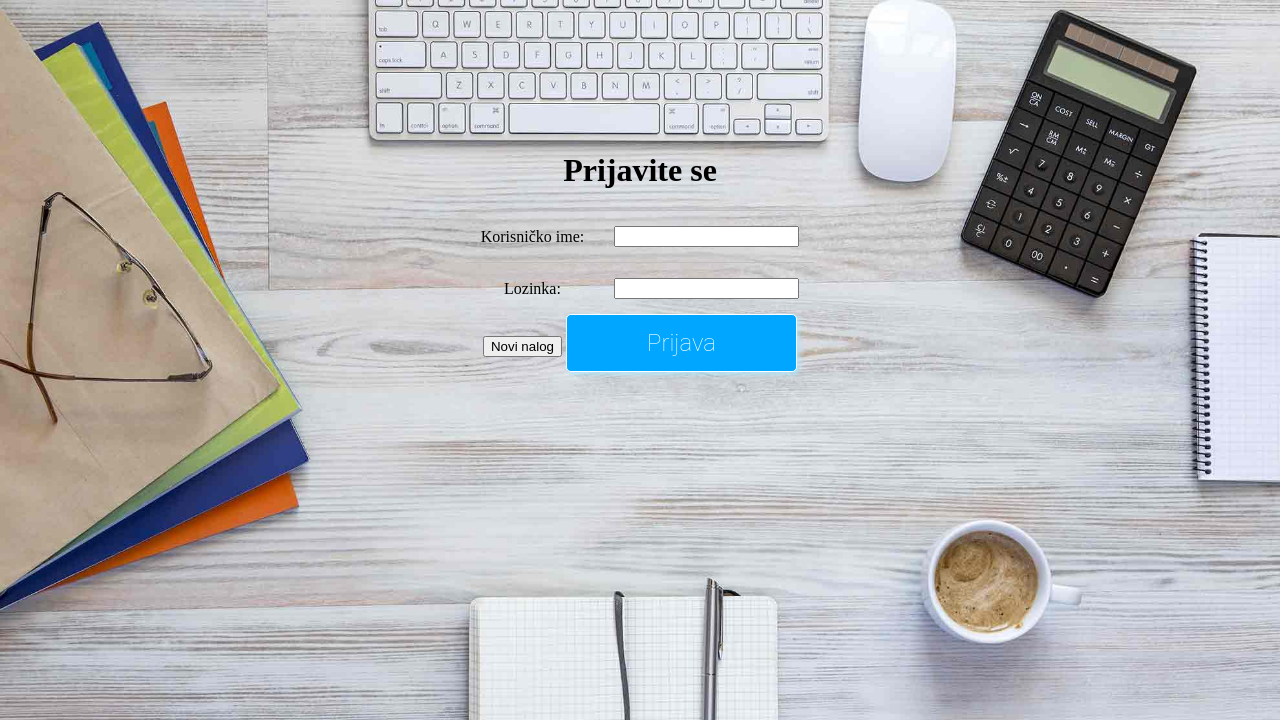
Repository: KristijanPetkovic/java-applet-video-library
Page: http://localhost/www.videoteka.com/
The author's editor kept a copy of each file at every save. The page is drawn from the files as they stood at one save, then again after the next save.
The browser window is 1280 px wide. The pictures show the whole page.
The page is served by Tomcat 9. Other server files are loaded and not shown.

Above is the page before, as saved 2019-01-09 21:15:12.

### Projekti/www.videoteka.com/WebContent/login.html
<!DOCTYPE html>
<html>
	<head>
		<meta http-equiv="content-type" content="text/html; charset=utf-8">
		<title>Prijavljivanje</title>
		<link rel="stylesheet" href="logovanje.css" >
	</head>
	<body>
		<h1 id="naslov">Prijavite se</h1>
		<form method="post">
			<table class="center" cellpadding="15px">
				<tr>
					<td>Korisničko ime: </td>
					<td> <input name="ime" type="text"> </td>
				</tr>
				<tr>
					<td>Lozinka: </td>
					<td> <input name="sifra" type="text"> </td>
				</tr>
			</table>
			<input name="otvaranje" type="submit" value="Novi nalog" formaction="noviKorisnik.html">
			<input class="color-change" name="prijava" type="submit" value="Prijava" formaction="LoginServlet" >

		</form>
	</body>
</html>

### Projekti/www.videoteka.com/WebContent/logovanje.css
#naslov{
    margin-top:12%;
    }
table.center {
    margin-left:auto;
    margin-right:auto;
    cellpadding:15px;
  }
body {
  background: url(poz.jpg);
  background-repeat:no-repeat;
  background-size:cover;
  text-align:center;
  }
#produzenje{
	font-family: Arial;
	font-weight: bold;
	font-size: 30px;
}
.iskosi{
	font-style: italic;
}
table{
	border-color: rgb(0,0,0);

	border-collapse: collapse;
}
.desno{
	text-align: right;
}
th{
	color: rgb(255, 255, 255);
	background: rgb(0, 0, 0);
	collspan: 2;
}
td{
	border-top: 1pt solid silver;
	padding: 10;
}
ttr:nth-child(odd){
	background: rgb(255, 255, 255);
}
tr:hover{
	background: rgb(96, 158, 255);
}
input:focus{
	background-color: rgb(255, 255, 179);
	border-color: rgb(186, 186, 186);
}
.color-change {
  border-radius: 5px;
  font-size: 20px;
  padding: 14px 80px;
  cursor: pointer;
  color: #fff;
  background-color: #00A6FF;
  font-size: 1.5rem;
  font-family: 'Roboto';
  font-weight: 100;
  border: 1px solid #fff;
  box-shadow: 2px 2px 5px #AFE9FF;
  transition-duration: 0.5s;
  -webkit-transition-duration: 0.5s;
  -moz-transition-duration: 0.5s;
}

.color-change:hover {
  color: #006398;
  border: 1px solid #006398;
  box-shadow: 2px 2px 20px #AFE9FF;
}

button.color-change {
  -webkit-appearance: none;
  -moz-appearance: none;
}

After the next save:
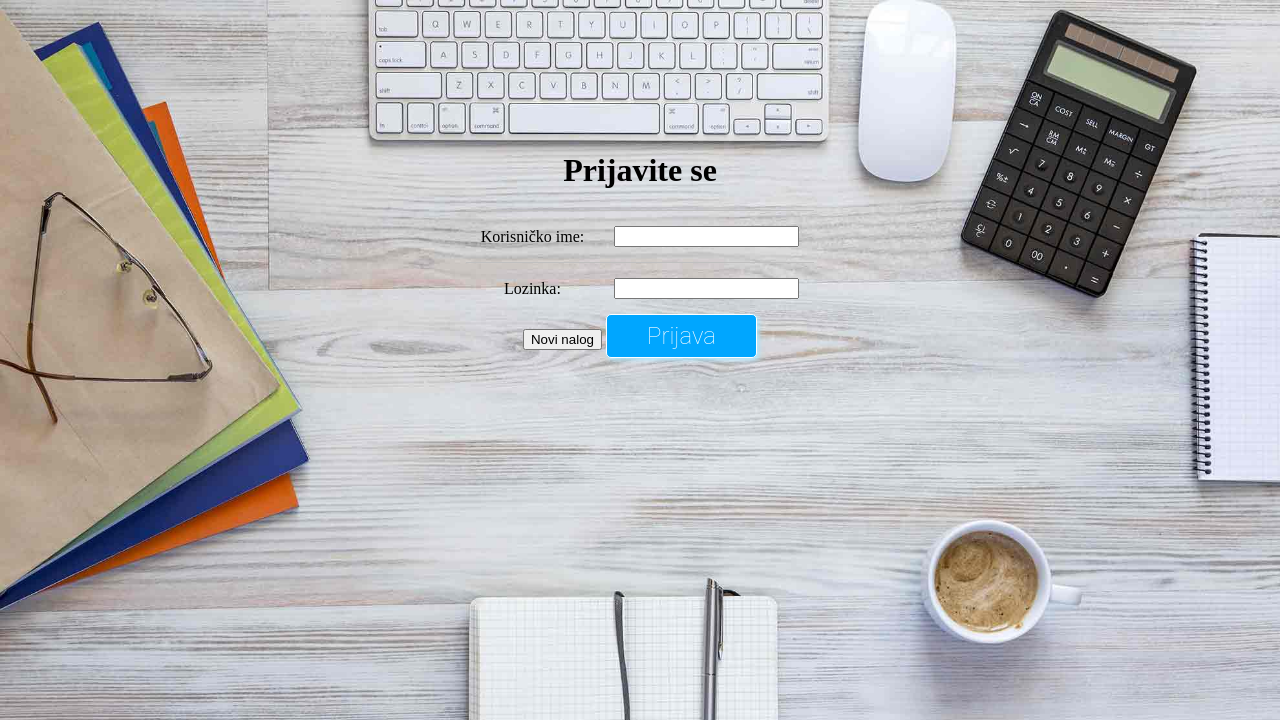
Saved 7 s later.
--- a/Projekti/www.videoteka.com/WebContent/logovanje.css
+++ b/Projekti/www.videoteka.com/WebContent/logovanje.css
@@ -50,7 +50,7 @@ input:focus{
 .color-change {
   border-radius: 5px;
   font-size: 20px;
-  padding: 14px 80px;
+  padding: 7px 40px;
   cursor: pointer;
   color: #fff;
   background-color: #00A6FF;
